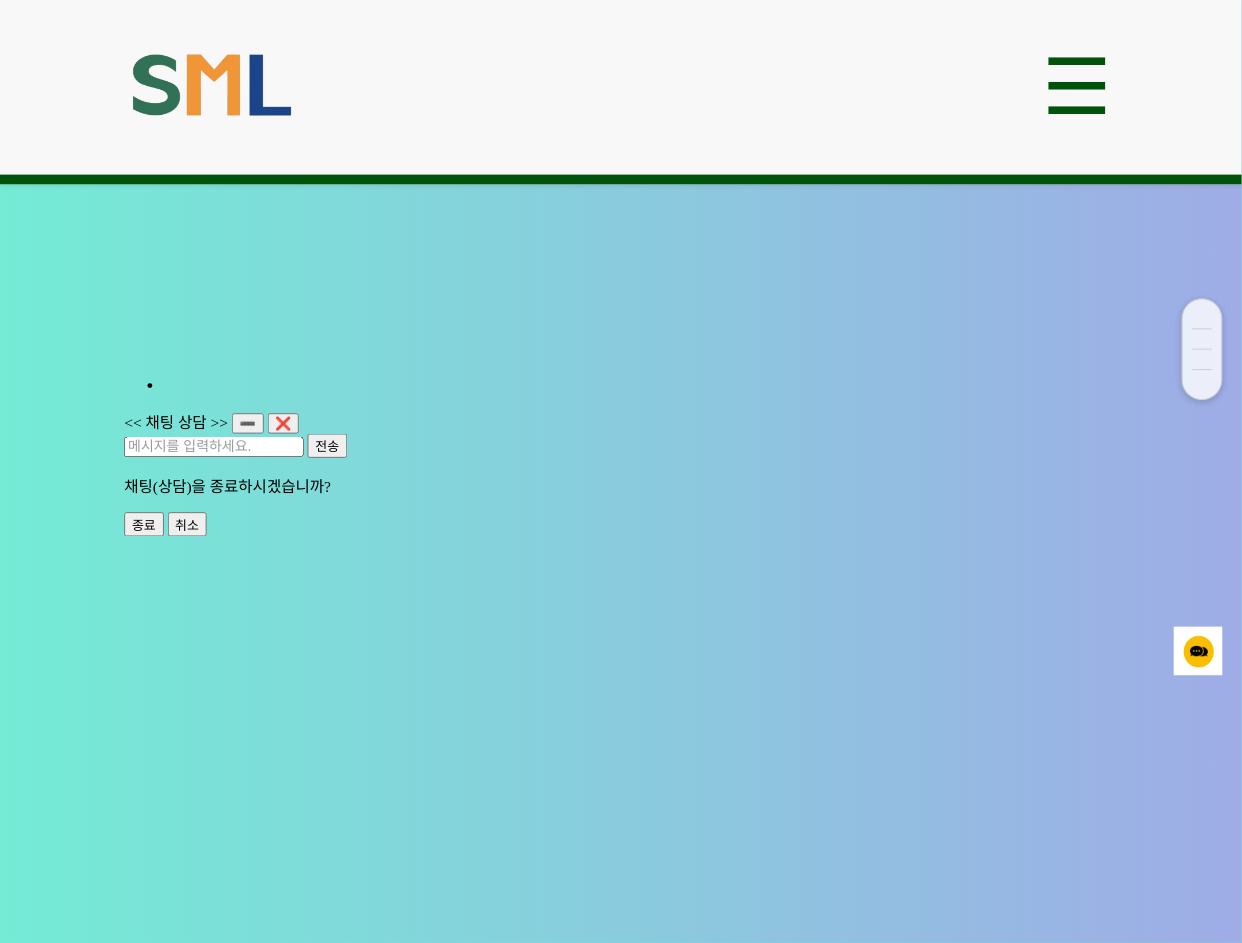
Repository: SML-SpringInMyLife/SML
Page: http://localhost/SML/WEB-INF/views/admin/talk.jsp
The author's editor kept a copy of each file at every save. The page is drawn from the files as they stood at one save, then again after the next save.
The browser window is 1280 px wide. The pictures show the whole page, at 97% of full size.
Some icons come from a web library that is not loaded, so they are not drawn. Some web fonts or font styles are not loaded; a fallback is used. The page is served by Tomcat 9. Nobody is signed in. Other server files are loaded and not shown. The template is opened directly, without the code that normally fills it, so the values that code supplies are empty.

Above is the page before, as saved 2024-07-30 03:59:01.
Console error: SyntaxError: Identifier 'hamburger' has already been declared

### SML/src/main/webapp/WEB-INF/views/admin/talk.jsp
<%@ page language="java" contentType="text/html; charset=UTF-8"
	pageEncoding="UTF-8"%>
<%@ taglib uri="http://java.sun.com/jsp/jstl/core" prefix="c"%>
<!DOCTYPE html>
<html lang="ko">
<head>
<meta charset="UTF-8">
<meta name="viewport" content="width=device-width, initial-scale=1.0">
<title>Header</title>

<!-- 공통 스타일 시트 -->
<link rel="stylesheet"
	href="${webappRoot}/resources/css/common/common.css">
<!-- 채팅 스타일 시트 -->
<link rel="stylesheet" type="text/css"
	href="${webappRoot}/resources/css/talk.css">
<!-- 아이콘 -->
<link rel='stylesheet'
	href='https://cdn-uicons.flaticon.com/2.5.1/uicons-bold-rounded/css/uicons-bold-rounded.css'>
<script src="https://code.jquery.com/jquery-3.6.0.min.js"></script>
<script
	src="https://ajax.googleapis.com/ajax/libs/jquery/3.5.1/jquery.min.js"></script>
<script type="text/javascript">
	function play() {
		var audio = document.getElementById('audio_play');
		if (audio.paused) {
			audio.play();
		} else {
			audio.pause();
			audio.currentTime = 0;
		}
	}
</script>
</head>
<body>
	<!-- 헤더 영역 포함 -->
	<jsp:include page="/WEB-INF/views/common/header.jsp" />

	<!-- 해당 페이지의 메인내용을 여기에 작성하세요. -->
	<main>

		<!-- 채팅 아이콘 -->
		<div class="chatIcon font_jua">
			<img src="${webappRoot}/resources/images/chat-icon.png"
				class="iconImg" alt="Chat Icon">
		</div>

		<!-- 채팅창 -->
		<div class="chatContainer display-none">
			<div class="chatTop">
				<div class="floatLeft" id="loginOn">
					<img class="profile_img" id="setPic" alt="Profile Picture">
				</div>
				<div class="name_container font_noto" id="setName"></div>
				<div class="floatRight">
					<img src="${webappRoot}/resources/img/chat-close.png"
						class="btnImg close" alt="Close">
				</div>
				<div class="floatRight">
					<img src="${webappRoot}/resources/img/chat-minus.png"
						class="btnImg down" alt="Minimize">
				</div>
			</div>
			<div class="chatMiddle">
				<ul></ul>
			</div>
			<div class="chatBottom">
				<textarea placeholder="메세지를 입력해 주세요."></textarea>
			</div>
		</div>

		<!-- 포맷용 채팅 목록 -->
		<div class="chatMiddle format">
			<ul>
				<li>
					<div class="sender">
						<span></span>
					</div>
					<div class="message">
						<span></span>
					</div>
				</li>
			</ul>
		</div>

		<!-- 채팅 리스트 -->
		<div class="chatListContainer font_jua display-none">
			<div class="chatTop">
				<div style="padding: 10px; margin-left: 4px;">상담 리스트</div>
			</div>
			<div class="chatList"></div>
		</div>

		<!-- 채팅 팝업 설정 -->
		<div id="chat-container" class="hidden">
			<div id="chat-header">
				<span><< 채팅 상담 >></span>
				<button onclick="minimizeChat()">➖</button>
				<!-- 최소화 버튼 -->
				<button onclick="closeChat()">❌</button>
			</div>
			<div id="chat-box"></div>
			<div id="chat-input">
				<input type="text" id="message-input" placeholder="메시지를 입력하세요.">
				<button onclick="sendMessage()">전송</button>
			</div>
		</div>

		<div id="close-chat-modal" class="modal hidden">
			<div class="modal-content">
				<p>채팅(상담)을 종료하시겠습니까?</p>
				<button onclick="confirmCloseChat()">종료</button>
				<button onclick="cancelCloseChat()">취소</button>
			</div>
		</div>
	</main>
	<!-- 자바스크립트 코드 -->
	  <script>
        // 채팅 아이콘 클릭 시 채팅창 표시/숨기기
        $(document).on("click", ".chatIcon", function() {
            if ($('.chatContainer').hasClass("display-none")) {
                $('.chatListContainer').toggleClass('display-none');
            } else {
                $('.chatContainer').toggleClass('display-none');
                websocket.close();
            }
            if (!$('.chatListContainer').hasClass('display-none')) {
                getRoomList();
            }
        });

        // 채팅창 닫기 버튼 클릭 시 채팅창 숨기기
        $(document).on("click", "img.close", function() {
            $('.chatContainer').toggleClass('display-none');
            websocket.close();
        });

        // 채팅창 최소화 버튼 클릭 시 채팅창과 리스트 숨기기
        $(document).on("click", "img.down", function() {
            $('.chatContainer').toggleClass('display-none');
            $('.chatListContainer').toggleClass('display-none');
            websocket.close();
        });
        <%--
        // 전체 읽지 않은 메시지 수
        let countAll = 0;

        // 채팅방 리스트 가져오기
        function getRoomList() {
            $.ajax({
                url: "chatRoomList.do",
                data: { userEmail: "${sessionScope.member.memEmail}" },
                dataType: "json",
                async: false,
                success: function(data) {
                    let loginList = "";

                    $.ajax({
                        url: "chatSession.do",
                        data: {},
                        async: false,
                        dataType: "json",
                        success: function(data) {
                            for (var i = 0; i < data.length; i++) {
                                loginList += data[i];
                            }
                        }
                    });

                    $chatWrap = $(".chatList");
                    $chatWrap.html("");

                    if (data.length > 0) {
                        countAll = 0;
                        for (var i in data) {
                            let $div, $img, $divs, $span;

                            if (data[i].userEmail == "${sessionScope.member.memEmail}") {
                                if (loginList.indexOf(data[i].masterEmail) != -1) {
                                    $div = $("<div class='chatList_box enterRoomList'>").attr("id", data[i].roomId).attr("email", data[i].masterEmail);
                                } else {
                                    $div = $("<div class='chatList_box2 enterRoomList'>").attr("id", data[i].roomId).attr("email", data[i].masterEmail);
                                }
                                $img = $("<img class='profile_img'>").attr("src", "${webappRoot}/resources/masterImg/" + data[i].masterPic);
                                $divs = $("<div class='userNameId'>").text(data[i].masterName);
                            } else {
                                if (loginList.indexOf(data[i].userEmail) != -1) {
                                    $div = $("<div class='chatList_box enterRoomList'>").attr("id", data[i].roomId).attr("email", data[i].userEmail);
                                } else {
                                    $div = $("<div class='chatList_box2 enterRoomList'>").attr("id", data[i].roomId).attr("email", data[i].userEmail);
                                }
                                $img = $("<img class='profile_img'>").attr("src", "${webappRoot}/resources/img/" + data[i].userPic);
                                $divs = $("<div class='userNameId'>").text(data[i].userName);
                            }

                            if (data[i].unReadCount != 0) {
                                $span = $("<span class='notRead'>").text(data[i].unReadCount);
                            } else {
                                $span = $("<span>");
                            }

                            $div.append($img);
                            $div.append($divs);
                            $div.append($span);

                            $chatWrap.append($div);

                            countAll += parseInt(data[i].unReadCount);
                        }
                    }
                }
            });
        }

        // 페이지 로드 시 채팅 리스트 주기적으로 업데이트
        $(window).on('load', function() {
            setInterval(function() {
                getRoomList();
                if (countAll != 0) {
                    $('.chatIcon').addClass('iconBlink');
                    play();
                } else {
                    $('.chatIcon').removeClass('iconBlink');
                }
            }, 2000);
        });

        // 엔터키로 메시지 전송
        $(document).on('keydown', 'div.chatBottom textarea', function(e) {
            if (e.keyCode == 13 && !e.shiftKey) {
                e.preventDefault();
                const message = $(this).val();

                if (message.replace(/\s|  /gi, "").length == 0) {
                    return false;
                }

                sendMessage(message);
                clearTextarea();
            }
        });

        function enterRoom(obj) {
            $('div.chatMiddle:not(.format) ul').html("");
            roomId = obj.getAttribute("id");

            $.ajax({
                url: roomId + ".do",
                data: { userEmail: "${sessionScope.member.memEmail}" },
                async: false,
                dataType: "json",
                success: function(data) {
                    for (var i = 0; i < data.length; i++) {
                        CheckLR(data[i]);
                    }
                }
            });

            connect();
        }

        $(document).on("click", ".enterRoomList", function() {
            $(".chatContainer").toggleClass("display-none");
            $(this).parent().parent().toggleClass("display-none");
            $("#setName").html($(this).children('div').html());
            $("#setPic").attr("src", $(this).children('img').attr('src'));
            $('div.chatMiddle').scrollTop($('div.chatMiddle').prop('scrollHeight'));

            if ($(this).hasClass('chatList_box')) {
                $('#loginOn').addClass('profile_img_Container');
            } else {
                $('#loginOn').removeClass('profile_img_Container');
            }
        });

        let websocket;

        function connect() {
            var wsUri = "ws://${pageContext.request.serverName}:${pageContext.request.serverPort}${pageContext.request.contextPath}/websocket/echo.do";
            websocket = new WebSocket(wsUri);
            websocket.onopen = onOpen;
            websocket.onmessage = onMessage;
        }

        function onOpen() {
            const data = {
                "roomId": roomId,
                "name": "${sessionScope.member.memName}",
                "email": "${sessionScope.member.memEmail}",
                "message": "ENTER-CHAT"
            };
            let jsonData = JSON.stringify(data);
            websocket.send(jsonData);
        }

        function sendMessage(message) {
            const data = {
                "roomId": roomId,
                "name": "${sessionScope.member.memName}",
                "email": "${sessionScope.member.memEmail}",
                "message": message
            };

            CheckLR(data);

            let jsonData = JSON.stringify(data);
            websocket.send(jsonData);
        }

        function onMessage(evt) {
            let receive = evt.data.split(",");

            const data = {
                "name": receive[0],
                "email": receive[1],
                "message": receive[2]
            };

            if (data.email != "${sessionScope.member.memEmail}") {
                CheckLR(data);
            }
        }

        function CheckLR(data) {
            const LR = (data.email != "${sessionScope.member.memEmail}") ? "left" : "right";
            appendMessageTag(LR, data.email, data.message, data.name);
        }

        function appendMessageTag(LR_className, email, message, name) {
            const chatLi = createMessageTag(LR_className, email, message, name);
            $('div.chatMiddle:not(.format) ul').append(chatLi);
            $('div.chatMiddle').scrollTop($('div.chatMiddle').prop('scrollHeight'));
        }

        function createMessageTag(LR_className, email, message, name) {
            let chatLi = $('div.chatMiddle.format ul li').clone();
            chatLi.addClass(LR_className);
            chatLi.find('.sender span').text(name);
            chatLi.find('.message span').text(message);
            return chatLi;
        }

        function clearTextarea() {
            $('div.chatBottom textarea').val('');
            return false;
        }--%>
    </script>
    <audio id='audio_play' src='${webappRoot}/resources/new-message.mp3'></audio>
    <script src="${webappRoot}/resources/js/common.js"></script>
</body>
</html>

### SML/src/main/webapp/resources/css/common/common.css
@charset "UTF-8";

/* 전체 기본 폰트 설정 */
@font-face {
	font-family: 'WAGURITTF';
	src:
		url('https://fastly.jsdelivr.net/gh/projectnoonnu/2403@1.0/WAGURITTF.woff2')
		format('woff2');
	font-weight: normal;
	font-style: normal;
}

body {
	margin: 0;
	padding: 0;
	box-sizing: border-box;
}

/* 헤더(네비게이션) 영역 */
header {
	font-family: 'WAGURITTF';
	width: 100%;
	height: 180px;
	background-color: #f8f8f8;
	display: flex;
	justify-content: center;
	align-items: center;
	position: fixed; /* 위치 고정 */
	top: 0; /* 화면 상단에 위치 */
	z-index: 1000;
	box-shadow: 0 2px 5px rgba(0, 0, 0, 0.1);
	border-bottom: 10px solid #01530c;
}

.container {
	width: 80%;
	max-width: 1240px;
	display: flex;
	justify-content: space-between;
	align-items: center;
	position: relative; /* 상대적 위치 설정 (모바일 메뉴 조정용) */
}

.logo {
	width: 180px;
	height: auto;
}

.main-menu ul, .auth-menu ul {
	list-style: none;
	padding: 0;
	margin: 0;
	display: flex;
}

.main-menu li {
	margin-right: 50px;
}

.main-menu li:hover, .auth-menu li:hover, .mobile-menu li:hover {
	font-weight: 900;
}

.auth-menu li {
	margin-left: 20px;
}

.auth-menu {
	display: flex;
	align-items: right;
	position: relative; /* 상대적 위치 설정 (햄버거 메뉴 조정용) */
}

a {
	text-decoration: none;
	color: #01530c;
	font-size: 1.5em;
}

.hamburger-container {
	position: relative;
}

.hamburger {
	display: none;
	background: none;
	border: none;
	font-size: 80px; /* 폰트 크기 설정 (햄버거 아이콘 크기) */
	cursor: pointer; /* 클릭 가능한 커서 설정 */
	margin-left: 20px;
	color: #01530c;
}

.mobile-menu {
	display: none;
	position: absolute;
	top: calc(100% + 5px); /* 버튼 아래에 약간의 여백 추가 */
	right: 0; /* 버튼 오른쪽 끝에 위치 */
	width: 150px;
	background-color: #f8f8f8;
	box-shadow: 0 2px 5px rgba(0, 0, 0, 0.1);
	z-index: 999; /* 햄버거 버튼보다 뒤에 위치하도록 설정 */
	border: 1px solid #ddd;
}

.mobile-menu ul {
	list-style: none;
	padding: 20px;
	margin: 0;
}

.mobile-menu li {
	margin-bottom: 10px;
}

/* 화면 너비가 1400px 이하일 때, 네비게이션 메뉴 비활성화, 햄버거 버튼 및 메뉴 팝업 활성화 */
@media ( max-width : 1400px) {
	.main-menu, .auth-menu {
		display: none; /* 메인 메뉴와 인증 메뉴 숨기기 */
	}
	.hamburger {
		display: block; /* 햄버거 버튼 표시 */
	}
}

.main-container {
	position: relative; /* 상대적 위치 설정 */
	height: 100vh; /* 전체 뷰포트 높이 */
	margin-top: 190px; /* 헤더 높이만큼 여백 추가 */
	background-image: url('/resources/images/mainPage.jpg');
	background-repeat: no-repeat;
	background-size: cover;
	background-position: center;
	display: flex;
	justify-content: center;
	align-items: center;
	overflow: hidden; /* 컨테이너의 오버플로우 방지 */
}

.main-container::before {
	content: ""; /* 가상 요소에 내용 없음 */
	position: absolute; /* 절대 위치 설정 */
	top: 0;
	left: 0;
	right: 0;
	bottom: 0;
	background: rgba(0, 0, 0, 0.5); /* 50% 투명도의 검정색 오버레이 */
	pointer-events: none; /* 오버레이 아래의 요소와 상호작용 가능 */
	z-index: 1; /* 텍스트 위에 위치하도록 설정 */
}

.main-text {
	position: relative; /* 오버레이 위에 위치하도록 설정 */
	z-index: 2;
	color: white; /* 흰색 텍스트 색상 */
	font-size: 3em;
	text-align: center; /* 텍스트 수평 중앙 정렬 */
	line-height: 1.2; /* 텍스트 가독성을 위한 줄 높이 조정 */
}

/* 퀵 메뉴 */
#quick-menu {
	position: fixed;
    right: 20px;
    top: 50%;
    transform: translateY(-50%);
    display: flex;
    flex-direction: column;
    gap: 0;
    background: rgba(255, 255, 255, 0.8);
    border: 1px solid #ccc;
    border-radius: 50px;
    box-shadow: 0 2px 8px rgba(0, 0, 0, 0.2);
    padding: 10px;
	z-index:1000;
}

#quick-menu button {
    padding: 10px;
    font-size: 32px;
    cursor: pointer;
    background: transparent;
    border: none;
    border-bottom: 1px solid #ccc;
}

#quick-menu button:last-child {
    border-bottom: none;
}

#quick-menu button:hover {
    background-color: rgba(0, 0, 0, 0.1);
}


/* 페이지 본문 전체 영역 */
main {
	width: 80%;
	max-width: 1240px;
	margin: 0 auto;
	margin-top: 190px;
	padding-top: 50px;
	flex: 1;
	min-height: 600px;
}

/* 푸터 영역 */
footer {
	margin: 0;
	width: 100%;
	height: 130px;
	background-color: #e5e5e5;
	box-shadow: 0 -2px 5px rgba(0, 0, 0, 0.1);
	padding: 20px 0;
	position: relative;
}

.footer-container {
	width: 80%;
	max-width: 1240px;
	display: flex;
	justify-content: space-between;
	align-items: center;
	margin: 0 auto;
}

.footer-left {
	display: flex;
	align-items: center;
}

.footer-logo {
	width: 100px;
	height: auto;
	margin-right: 20px;
}

.footer-menu ul {
	list-style: none;
	padding: 0;
	margin: 0;
	display: flex;
}

.footer-menu li {
	margin-right: 20px;
}

.footer-menu li:last-child {
	margin-right: 0;
}

.footer-menu a {
	text-decoration: none;
	color: #01530c;
	font-size: 16px;
}

.footer-left p {
	color: #01530c;
	font-size: 16px;
}

/* 반응형 디자인: 화면 너비가 1400px 이하일 때 */
@media ( max-width : 1400px) {
	.footer-container {
		flex-direction: column; /* 열 방향으로 레이아웃 설정 */
		align-items: flex-start; /* 왼쪽 정렬 */
	}
	.footer-menu ul {
		flex-direction: column;
		align-items: flex-start;
	}
	.footer-menu li {
		margin-bottom: 10px;
	}
	.footer-menu li:last-child {
		margin-bottom: 0;
	}
}

### SML/src/main/webapp/resources/css/admin/talk.css
/*
*
* ==========================================
* FOR DEMO PURPOSES
* ==========================================
*
*/
body {
  background-color: #74EBD5;
  background-image: linear-gradient(90deg, #74EBD5 0%, #9FACE6 100%);
  min-height: 100vh;
}

#loginContainer {
  text-align: center;
}

::-webkit-scrollbar {
  width: 5px;
}

::-webkit-scrollbar-track {
  background: #f5f5f5;
}

::-webkit-scrollbar-thumb {
  background-color: #ddd;
  border-radius: 1rem;
}

.text-small {
  font-size: 0.9rem;
}

.messages-box,
.chat-box {
  height: 510px;
  overflow-y: scroll;
}

.rounded-lg {
  border-radius: 0.5rem;
}

input::placeholder {
  font-size: 0.9rem;
  color: #999;
}

.aop:hover {
  cursor: pointer;
}

.temp {
  color: red !important;
}

.divTest {
  border: 1px solid black;
}

/* Chat icon blinking effect */
.iconBlink {
  animation: blink 1s infinite;
}

@keyframes blink {
  0% { opacity: 1; }
  50% { opacity: 0; }
  100% { opacity: 1; }
}

/* Additional styles */
.chatIcon {
  position: fixed;
  bottom: 20px;
  right: 20px;
  cursor: pointer;
}

.iconImg {
  width: 50px;
  height: 50px;
}

/* Display none class */
.display-none {
  display: none;
}

.chatContainer {
  position: fixed;
  bottom: 0;
  right: 0;
  width: 300px;
  height: 500px;
  background-color: white;
  border: 1px solid #ddd;
  border-radius: 0.5rem;
  box-shadow: 0 0 10px rgba(0, 0, 0, 0.1);
}

.chatTop, .chatBottom {
  padding: 10px;
  background-color: #f1f1f1;
}

.chatMiddle {
  height: calc(100% - 80px);
  overflow-y: auto;
}

.chatListContainer {
  position: fixed;
  bottom: 0;
  right: 0;
  width: 300px;
  height: 500px;
  background-color: white;
  border: 1px solid #ddd;
  border-radius: 0.5rem;
  box-shadow: 0 0 10px rgba(0, 0, 0, 0.1);
}

.chatList {
  padding: 10px;
}

/* Chat List Box Styles */
.chatList_box, .chatList_box2 {
  display: flex;
  align-items: center;
  padding: 10px;
  border-bottom: 1px solid #ddd;
  cursor: pointer;
}

.chatList_box2 {
  background-color: #f9f9f9;
}

.profile_img {
  width: 40px;
  height: 40px;
  border-radius: 50%;
  margin-right: 10px;
}

.userNameId {
  flex: 1;
}

.notRead {
  background-color: red;
  color: white;
  padding: 2px 5px;
  border-radius: 50%;
  font-size: 0.8rem;
  margin-left: 10px;
}

.floatLeft, .floatRight {
  float: left;
}

Loaded but not shown: SML/src/main/webapp/resources/js/common.js (34 lines, source omitted); SML/src/main/webapp/WEB-INF/views/common/header.jsp (162 lines, source omitted)

After the next save:
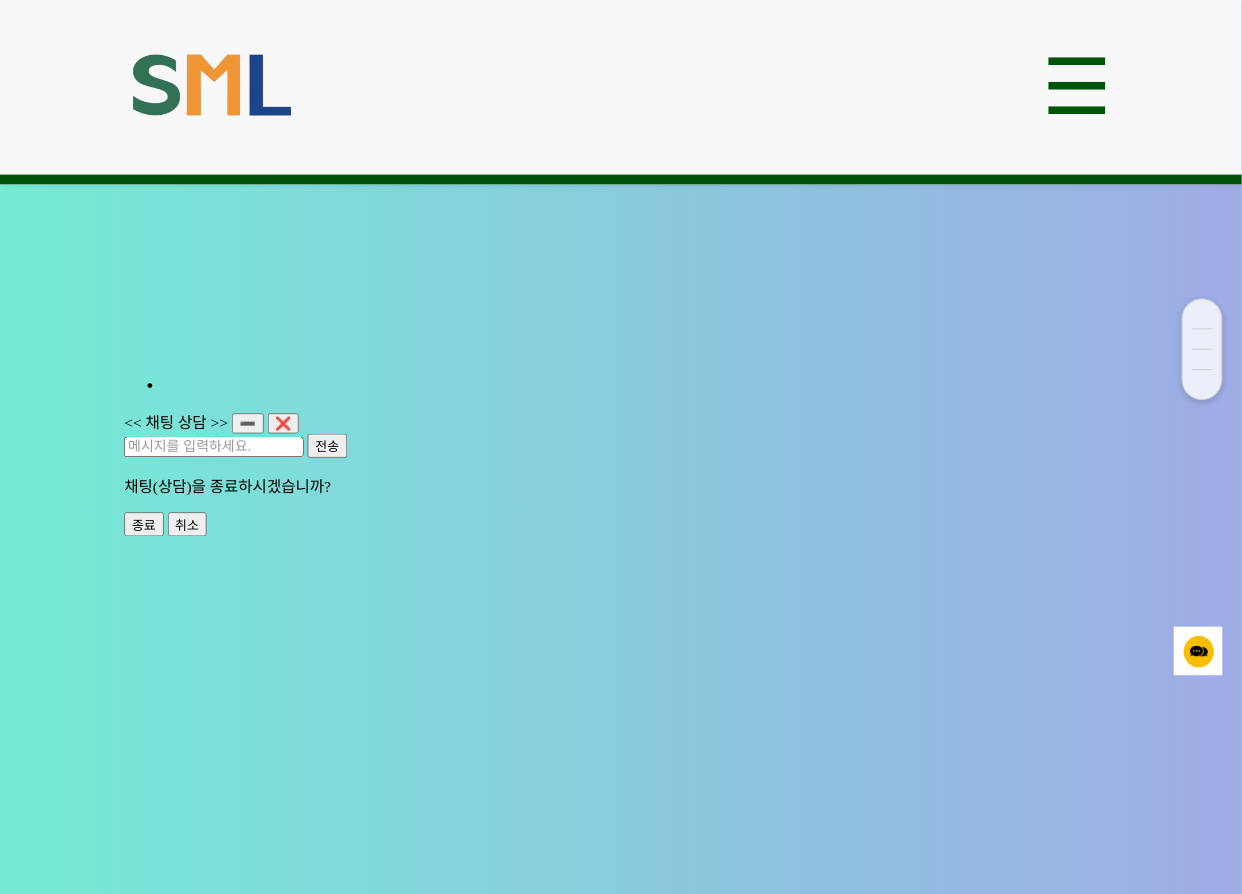
Saved 17 s later.
--- a/SML/src/main/webapp/resources/css/common/common.css
+++ b/SML/src/main/webapp/resources/css/common/common.css
@@ -201,7 +201,7 @@ main {
 	margin-top: 190px;
 	padding-top: 50px;
 	flex: 1;
-	min-height: 600px;
+	min-height: 550px;
 }
 
 /* 푸터 영역 */
